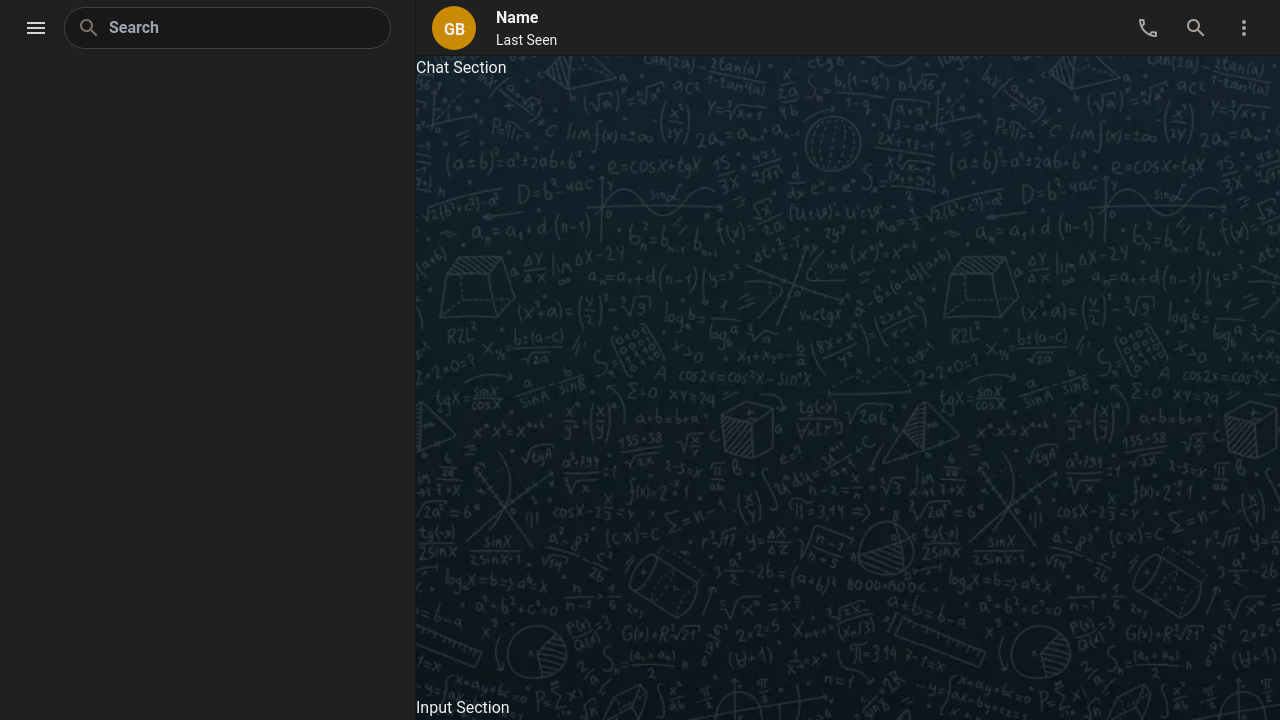
Repository: Qu4ntumGuy/telegram-clone
Page: /
An editor plug-in stored every save of this project. The page is shown before and after the next save, followed by the edit.
The browser window is 1280 px wide. The pictures show the whole page.
The page's requests for data from a server got no answer. The project was rebuilt for these pictures with package versions that can differ from the ones it lists, and the page was loaded fresh each time. No one was signed in, and anything a server would have sent is missing. Also part of the build but not shown: src/Pages/ChatPage.js/ChatPage.js.

Above is the page before, as saved 2024-07-15 13:33:53.

After the next save:
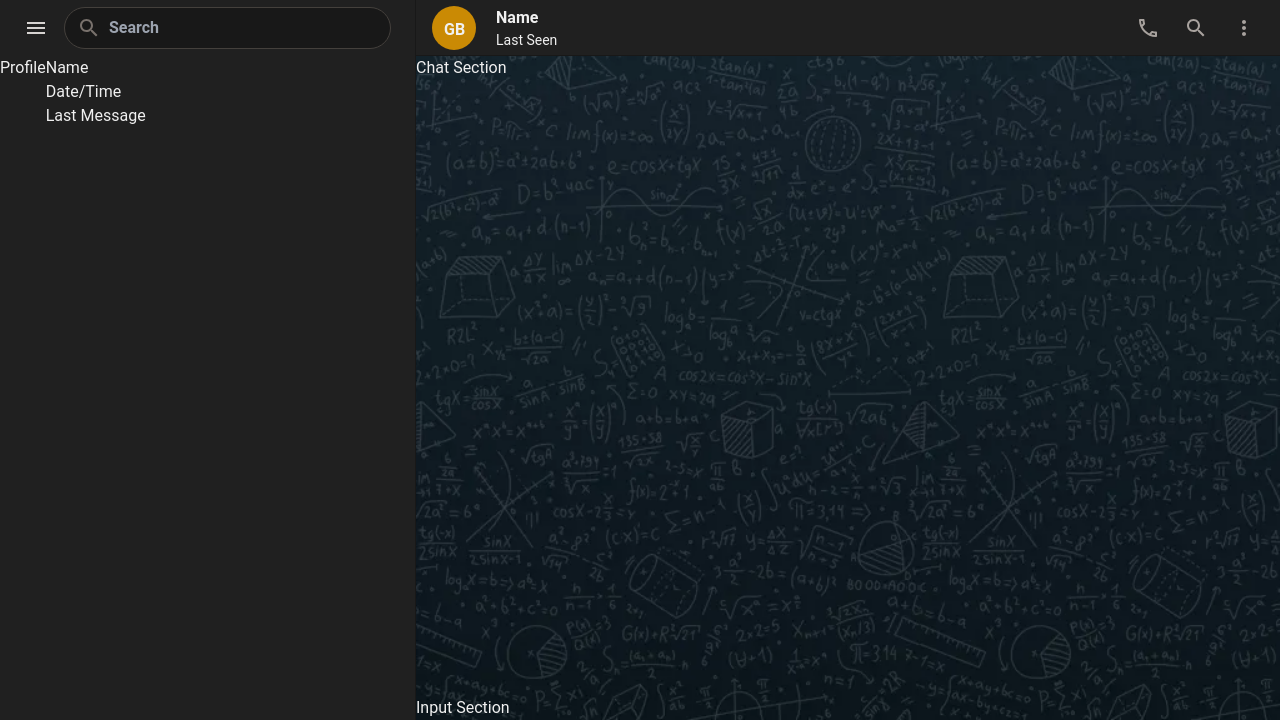
Saved 16 s later.
--- a/src/Components/Sidebar.js
+++ b/src/Components/Sidebar.js
@@ -2,6 +2,7 @@ import React, { useEffect, useRef, useState } from "react";
 import MenuIcon from "@mui/icons-material/Menu";
 import SearchIcon from "@mui/icons-material/Search";
 import axios from "axios";
+import Chat from "./Chat";
 
 function Sidebar() {
   const [page, setPage] = useState(1);
@@ -66,7 +67,9 @@ function Sidebar() {
           </form>
         </div>
       </div>
-      <div className=" overflow-y-auto"></div>
+      <div className=" overflow-y-auto">
+        <Chat />
+      </div>
     </div>
   );
 }
